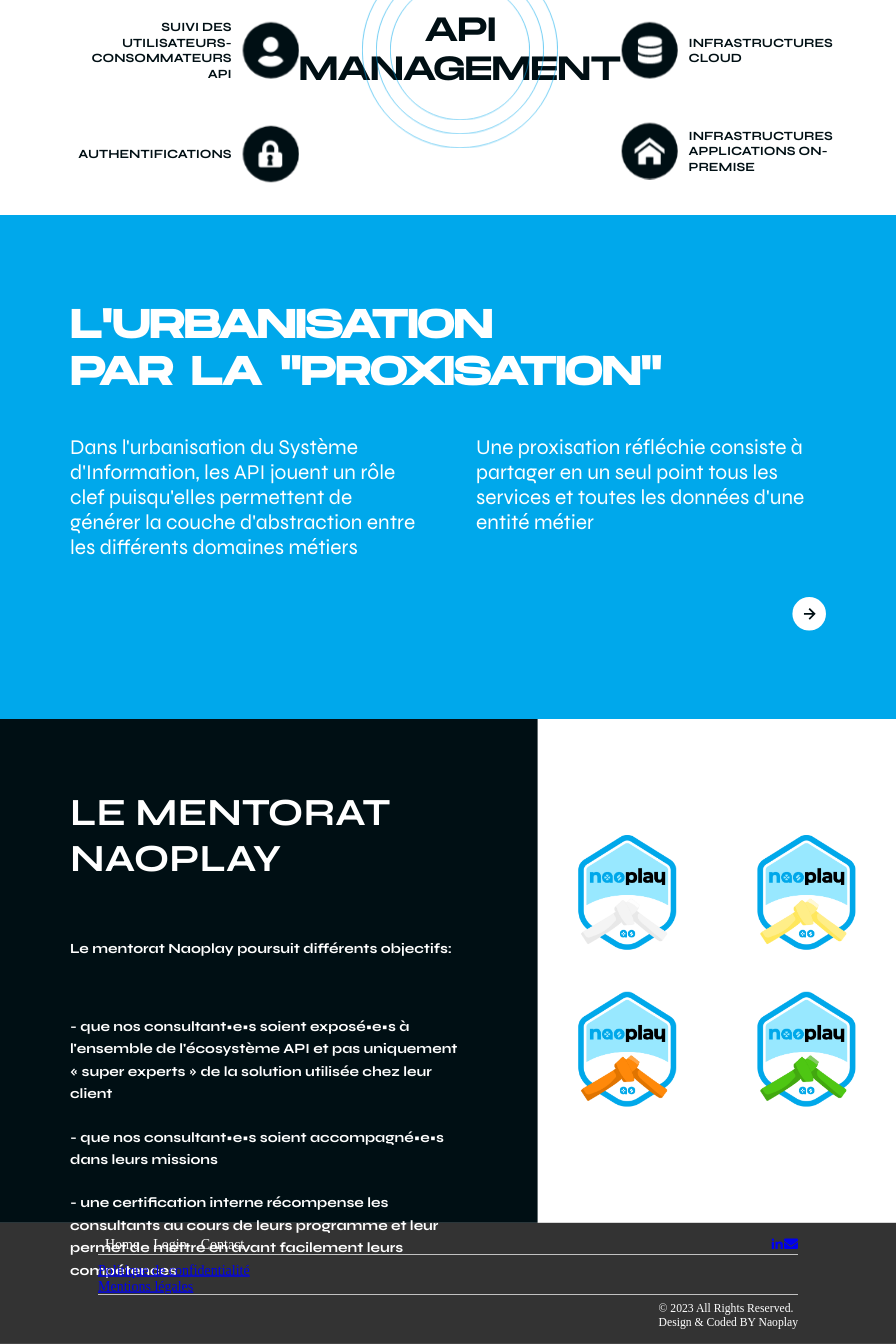
Repository: Hindsedrati/Naoplay
Page: /
These files come from the project's save history. The page is drawn as it stood at one moment and after the next save; the edit follows.
The browser window is 1280 px wide. The pictures show the part of the page from y = 4347 to 6267 px (the page is 6267 px tall before and 6266 px after), at 70% of full size.
The project was rebuilt for these pictures with package versions that can differ from the ones it lists, and the page was loaded fresh each time. Also part of the build but not shown: src/Pages/Contact/index.jsx, src/Pages/Login/index.jsx, src/Pages/Error403/index.jsx, src/Pages/Error404/index.jsx.

Above is the page before, as saved 2023-05-09 12:14:40.

After the next save:
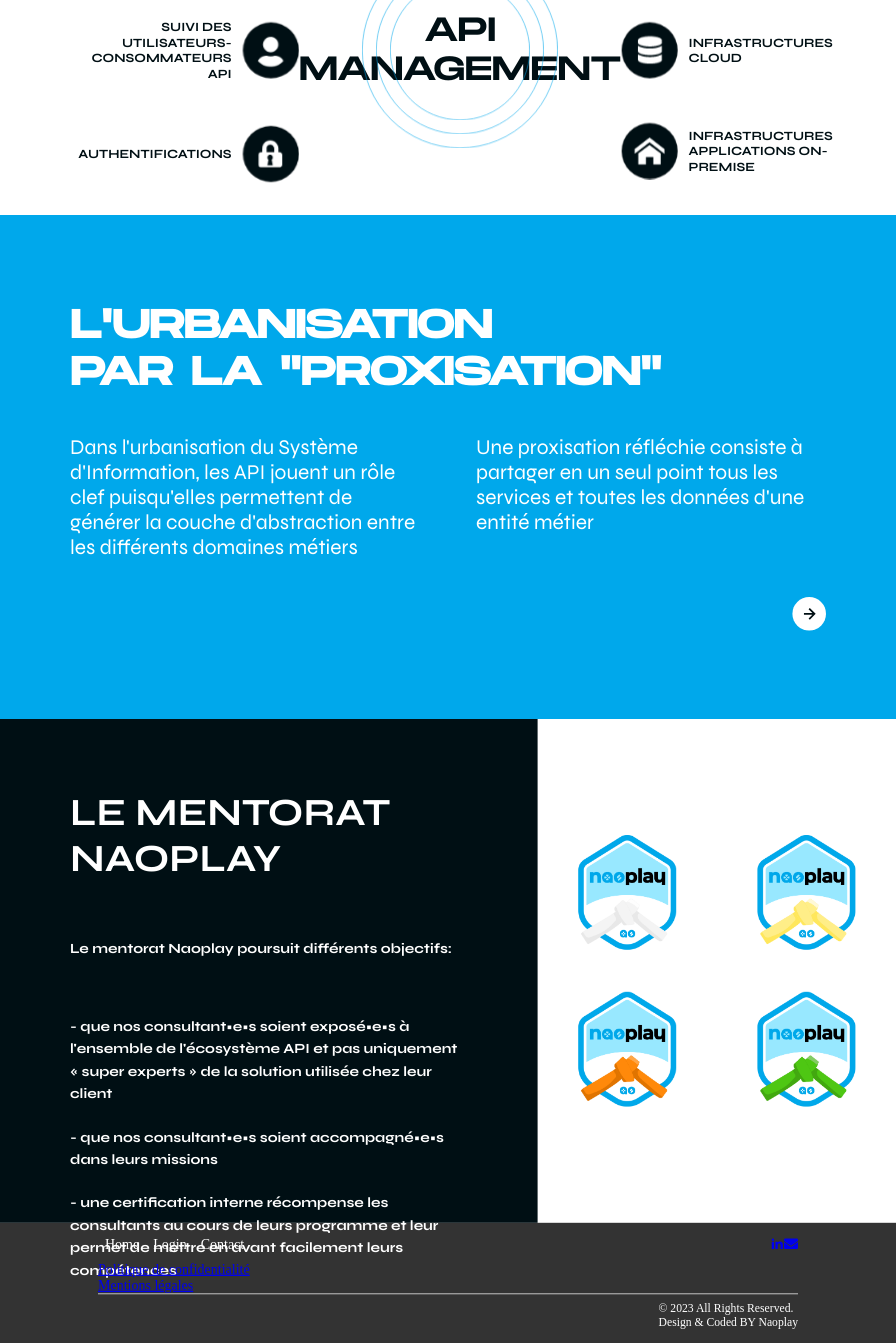
Saved 12 s later.
--- a/src/Layouts/Footer/footer.scss
+++ b/src/Layouts/Footer/footer.scss
@@ -52,7 +52,7 @@
     max-width: 1000px;
     margin: 0 auto;
     font-size: 20px;
-    border-top: 1px solid #fff;
+
     padding-top: 10px;
   }
   .footer__mentions-wrapper {
